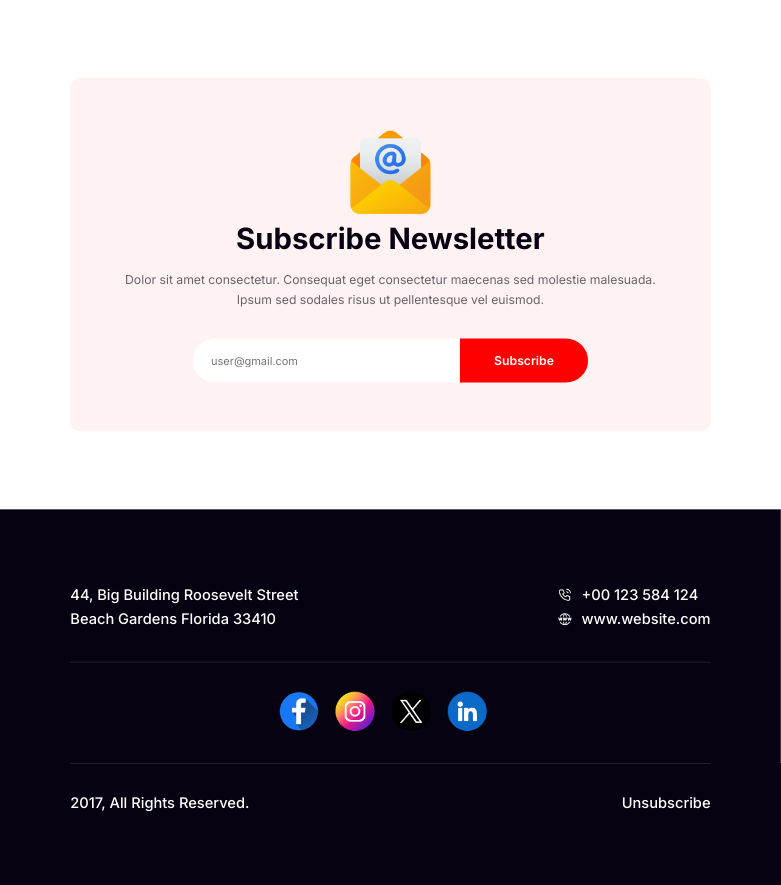
Repository: ShouravAhammed/simple-responsive-new-year
Page: index.html
The author's editor kept a copy of each file at every save. The page is drawn from the files as they stood at one save, then again after the next save.
The browser window is 1280 px wide. The pictures show the whole page, at 61% of full size.

Above is the page before, as saved 2024-01-11 15:30:07.

### index.html
<!DOCTYPE html>
<html lang="en">
<head>
    <meta charset="UTF-8">
    <meta name="viewport" content="width=device-width, initial-scale=1.0">
    <!-- Title  -->
    <title>New Year 2024</title>
    <!-- favicon icon linked -->
    <link rel="shortcut icon" href="images/New Year Photo.png" type="image/x-icon">
    <!-- style css linked-->
    <link rel="stylesheet" href="Style/style.css">
</head>
<body>
    <!-- header part  -->
    <header class="hide">
        <!-- banner section part -->
        <section id="banner">
            <div class="container">
                <div class="banner-container">
                    <div class="banner-content">
                        <h3 class="celebration">Happy New Year</h3>
                        <h2 class="banner-title">New Year Party Celebration</h2>
                    </div>
                </div>
            </div>
        </section>
    </header>
    <!-- main part -->
    <main>
        <!-- categories section part  -->
            <section id="categories " class="hide">
                <div class="container">
                    <div class="categories-container">
                        <h2 class="categories-discount">65% OFF</h2>
                        <p class="primary-summery">OUR HOLIDAY DEALS ARE BETTER</p>
                        <h3 class="categories-title">ALL CATEGORIES</h3>
                        <div class="categories-img">
                            <img id="new-year-img" src="images/New Year Photo.png" alt="Happy New Year">
                        </div>
                    </div>
                </div>
            </section>

            <!-- party-banner section part -->
            <section id="party-banner" class="hide">
                <div class="container">
                    <div class="party-container">
                        <div class="party-content">
                            <h2 class="party-title">Welcome to midnight party</h2>
                            <p class="party-description">Dolor sit amet consectetur. Consequat eget consectetur maecenas sed molestie malesuada. Ipsum sed sodales risus ut pellentesque vel euismod. </p>
                            <button id="join-now-btn">JOIN NOW</button>
                        </div>
                        <img class="party-img" src="images/icon/Group 70.png" alt="party-img">
                    </div>
                </div>
            </section>
            <!-- Announce section part -->
            <section id="announce" class="hide">
                <div class="container">
                    <div class="announce-content">
                        <h4 class="announce-title"><span class="title-color">Place:</span> New Park Hotel</h4>
                        <h4 class="announce-title"><span class="title-color">Date:</span> 31 December Night 2023</h4>
                        <h4 class="announce-title"><span class="title-color">Time:</span> Evening 7.30 pm to 12.30 am</h4>
                        <button class="announce-btn">Join Now</button>
                    </div>
                </div>
            </section>
            <!-- best offer section part -->
            <section id="best-offer" class="hide">
                <div class="container">
                    <div class="best-offer-container">
                        <div class="best-offer-content">
                            <p class="primary-summery">NEW BEST OFFER</p>
                            <h3 class="similer-title">Coming Soon</h3>
                            <p class="similer-description">Dolor sit amet consectetur. Consequat eget consectetur maecenas sed molestie malesuada. Ipsum sed sodales risus ut pellentesque vel euismod. </p>
                        </div>
                        <div class="best-offer-img-content">

                                <img class="best-offer-img" src="images/Ellipse 1.png" alt="best-offer-images">

                        </div>
                        <div class="best-offer-year-content">
                            <h3 class="best-offer-year">2024</h3>
                            <p class="best-offer-description">Dolor sit amet consectetur. Consequat eget consectetur maecenas sed.</p>
                            <img class="best-offer-year-img" src="images/icon/Group 96.png" alt="best-offer-year-img">
                        </div>
                    </div>
                </div>
            </section>
            <!-- holiday section part  -->
            <section id="holiday" class="hide">
                <div class="container">
                    <div class="holiday-container">
                        <div class="holiday-content">
                            <p class="primary-summery">WHAT IS FUNCTIONAL</p>
                        <h3 class="similer-title"><span class="title-color">Holidays</span> Sale 50%</h3>
                        <p class="similer-description">Dolor sit amet consectetur. Consequat eget consectetur maecenas sed molestie malesuada. Ipsum sed
                            sodales risus ut pellentesque vel euismod. Eleifend nunc purus quam id
                            fermentum amet amet sit consectetur.</p>
                        </div>
                        <div class="holiday-back-img">
                            <div class="holiday-gift-content">
                                <img src="images/icon/Group 75.png" alt="">
                            </div>
                            <div class="holiday-discount-content">
                                <img src="images/icon/Group 44.png" alt="">
                            </div>
                        </div>
                        <div class="holiday-bottom">
                            <img src="images/Rectangle 2.png" alt="">
                        </div>
                    </div>
                </div>
            </section>
            <!-- Portfolio section part -->

            <section id="portfolio" class="hide">
                <div class="container">
                    <div class="portfolio-container">
                        <div class="portfolio-box">
                            <p class="primary-summery">THE BEST GIFTS</p>
                            <h3 class="similer-title">Our Awesome Portfolio</h3>
                            <p class="similer-description description-padd">Dolor sit amet consectetur. Consequat eget consectetur maecenas sed molestie malesuada. Ipsum sed sodales risus ut pellentesque vel euismod. </p>
                        </div>
                            <div class="portfolio-content">
                                <img class="portfolio-img" src="images/Portfolio images/Rectangle 3.png" alt="">
                                <img class="portfolio-img" src="images/Portfolio images/Rectangle 4.png" alt="">
                                <img class="portfolio-img" src="images/Portfolio images/Rectangle 5.png" alt="">
                            </div>
                            <div class="portfolio-content">
                                <img class="portfolio-img" src="images/Portfolio images/Rectangle 6.png" alt="">
                                <img class="portfolio-img" src="images/Portfolio images/Rectangle 7.png" alt="">
                                <img class="portfolio-img" src="images/Portfolio images/Rectangle 8.png" alt="">
                            </div>
                        </div>
                    </div>
            </section>
            <!-- newsletter section part -->
            <section id="newsletter">
                <div class="container">
                    <div class="news-container">
                        <div class="news-content">
                            <img src="images/icon/Group 61.png" alt="">
                            <h3 class="similer-title">Subscribe Newsletter</h3>
                            <p class="similer-description description-mar">Dolor sit amet consectetur. Consequat eget consectetur maecenas sed molestie malesuada. Ipsum sed sodales risus ut pellentesque vel euismod. </p>
                            <form class="form" action="">
                                <input type="email" placeholder="user@gmail.com" alt="email" id="">
                                <button class="subscribe-btn">Subscribe</button>
                            </form>
                        </div>

                    </div>
                </div>
            </section>
    </main>
    <!--  footer part -->
    <footer>
        <section id="footer">
            <div class="container">
                <div class="footer-describe-part line-color">
                    <div class="footer-address">
                        <p class="address-similer">44, Big Building Roosevelt Street</p>
                        <p class="address-similer">Beach Gardens Florida 33410</p>
                    </div>
                    <div class="footer-address">
                        <div class="call-icon">
                            <img src="images/icon/Call.png" alt="">
                            <a class="address-similer">+00 123 584 124</a>
                        </div>
                        <div class="website-icon">
                            <img src="images/icon/Website.png" alt="">
                            <a class="address-similer">www.website.com</a>
                        </div>
                    </div>
                </div>

                <div class="footer-social line-color">
                    <a href=""><img src="images/icon/Facebook.png" alt=""></a>
                    <a href=""><img src="images/icon/Instagram.png" alt=""></a>
                    <a href=""><img src="images/icon/Twitter.png" alt=""></a>
                    <a href=""><img src="images/icon/Linkedin.png" alt=""></a>
                </div>

                <div class="reserved">
                    <p>2017, All Rights Reserved.</p>
                    <p>Unsubscribe</p>
                </div>
            </div>
        </section>
    </footer>
</body>
</html>

### Style/style.css
/* import google fonts */
@import url('https://fonts.googleapis.com/css2?family=Inter:wght@100;200;300;400;500;600;700;800;900&family=Merriweather:ital,wght@0,300;0,400;0,700;0,900;1,300;1,400;1,700;1,900&display=swap');

*{
    margin: 0;
    padding: 0;
    outline: 0;
}

.container{
    width: 82%;
    margin: 0 auto;
}
/* primary content */
.primary-summery{
    font-family: Inter;
    font-size: 24px;
    font-style: normal;
    font-weight: 500;
    color: #F00;
    line-height: normal;
}
/* title-color */
.title-color{
    color: #F00;
}
/* banner section related css style */
#banner{
    margin-top: 30px;
}
.banner-container{
    background-image: linear-gradient(180deg, #070211 0%, rgba(7, 2, 17, 0.00) 100%), url(../images/Banner\ Image.png);
    background-size: cover;
    background-repeat: no-repeat;
    background-position: center;
    border-radius: 16px;
    padding: 177px 0px;
}
.banner-container .banner-content{
    width: 632px;
    margin: 0 auto;
}
.banner-container .banner-content .celebration{
    color: #FFF;
    text-align: center;
    font-family: Merriweather;
    font-size: 32px;
    font-style: normal;
    font-weight: 400;
    line-height: normal;
    margin-bottom: 16px;
    z-index: 99;
}
.banner-container .banner-content .banner-title{
    color: #FFF;
    text-align: center;
    font-family: Merriweather;
    font-size: 72px;
    font-style: normal;
    font-weight: 900;
    line-height: 95px;
}
/* categories section related css style */

#categories{
    margin: 120px 0px;
}
.categories-container{
    text-align: center;
}
.categories-container .categories-discount{
    font-family: Inter;
    font-size: 88px;
    font-style: normal;
    font-weight: 700;
    color: #F00;
    line-height: normal;
    margin-bottom: 48px;
}

.categories-title{
    font-family: Inter;
    font-size: 48px;
    font-style: normal;
    font-weight: 700;
    color: #070211;
    line-height: normal;
    margin-bottom: 48px;
}
.categories-container .categories-img{
    width: 800px;
    margin: 0 auto;
}
.categories-img #new-year-img{
    max-width: 100%;
}

/* party-banner section css style  */
#party-banner{

}
.party-container{
    background-image: linear-gradient(90deg, #070211 0%, rgba(7, 2, 17, 0.00) 100%), url(../images/Vectorrr.png);
    background-position: center;
    background-repeat: no-repeat;
    background-size: cover;
    display: flex;
    align-items: center;
    justify-content: space-between;
    border-radius: 16px;
    padding: 70px 70px;
}
.party-container .party-content{
    width: 900px;
}
.party-content .party-title{
    font-family: Merriweather;
    font-size: 64px;
    font-style: normal;
    font-weight: 900;
    color: #FFF;
    line-height: 88px;
    letter-spacing: 3px;
}
.party-content .party-description{
    font-family: Inter;
    font-size: 18px;
    font-style: normal;
    font-weight: 400;
    color: rgba(255, 255, 255, 0.80);
    line-height: 30px;
    margin-top: 20px;
}
#join-now-btn{
    font-family: Inter;
    font-size: 20px;
    font-style: normal;
    font-weight: 700;
    color: #FFF;
    background: transparent;
    line-height: normal;
    text-transform: uppercase;
    border: none;
    cursor: pointer;
    margin-top: 48px;
    margin-left: 32px;
}
.party-container .party-img{
    width: 270px;
    max-width: 100%;
}

/* Announce section css style */

#announce{
    margin: 120px 0px;
}
.announce-content{
    background: linear-gradient(180deg, rgba(255, 0, 0, 0.10) 0%, rgba(255, 0, 0, 0.00) 100%);
    padding: 100px 0;
    text-align: center;
}
.announce-content .announce-title{
    color: #070211;
    font-family: Inter;
    font-size: 32px;
    font-style: normal;
    font-weight: 600;
    line-height: 56px;
    text-transform: capitalize;
}
.announce-btn{
    font-family: Inter;
    font-size: 20px;
    font-style: normal;
    font-weight: 700;
    line-height: normal;
    color: #FFF;
    text-align: center;
    text-transform: uppercase;
    border-radius: 8px;
    background: #F00;
    padding: 16px 32px;
    border: none;
    cursor: pointer;
    transition: all ease 0.5s;
    margin-top: 48px;
}
.announce-btn:hover{
    background: #fff;
    color: #f00;
    outline: 1px solid #F00;
}
/* best-offer section style css */
#best-offer{
    margin-bottom: 128px;
}
.similer-title{
    font-family: Inter;
    font-size: 48px;
    font-style: normal;
    font-weight: 700;
    color: #070211;
    line-height: normal;
}
.similer-description{
    font-family: Inter;
    font-size: 20px;
    font-style: normal;
    font-weight: 400;
    color: rgba(7, 2, 17, 0.60);
    line-height: 32px;
    margin-top: 22px;
}
.best-offer-container{
    display: flex;
    align-items: center;
    gap: 20px;
}
.best-offer-content{
    width: 700px;
}
.best-offer-img-content{
    min-height: 350px;
    min-width: 350px;
    border: 15px solid #f00;
    border-radius: 50%;
    position: relative;
    position: relative;
}
.best-offer-img-content .best-offer-img{
    position: absolute;
    width: 270px;
    inset: 41px;
}
.best-offer-year-content .best-offer-year{
    font-family: Inter;
    font-size: 48px;
    font-style: normal;
    font-weight: 700;
    color: #F00;
    line-height: normal;
    margin-top: 65px;
}
.best-offer-year-content .best-offer-description{
    margin-top: 10px !important;

}
.best-offer-year-content{
    width: 500px;
}
.best-offer-year-content .best-offer-year-img{
    max-width: 140px;
    margin-top: 38px;
}


/*  portfolio section css style */
.portfolio-container{

}
.portfolio-container .description-padd{
    margin-bottom: 48px ;
}
.portfolio-container .portfolio-content{
    display: flex;
    align-items: center;
    justify-content: space-between;
    margin-top: 20px;
}
.portfolio-box{
    width: 896px;
}
.portfolio-container .portfolio-content .portfolio-img{
    max-width: 355px;
    transition: all ease 0.5s;
}
.portfolio-content .portfolio-img:hover{
    filter: grayscale(1);
    transform: scale(1.05);
}
/* newsletter section css style  */
#newsletter{
    margin: 128px 0px;
}
.news-container{
    border-radius: 16px;
    background: rgba(255, 0, 0, 0.05);
    padding: 80px 0px;
}
.news-content{
    width: 896px;
    margin: 0 auto;
    text-align: center;
}
.news-content img{
    width: 150px;
    height: 150px;
}
.form{
    width: 648px;
    height: 72px;
    display: flex;
    margin: 0 auto;
}
.form input{
    background: #fff;
    width: 438px;
    flex-grow: 1;
    color: rgba(7, 2, 17, 0.30);
    font-family: Inter;
    font-size: 18px;
    font-style: normal;
    font-weight: 400;
    line-height: normal;
    padding-top: 25px;
    padding-bottom: 25px;
    padding-left: 30px;
    border: none;
    border-radius: 50px 0px 0px 50px;
    outline: 1px transparent;
    transition: all ease 0.5s;
}
.form input:hover{
    outline: 1px solid #f00;
}
.form .subscribe-btn{
    color: #FFF;
    font-family: Inter;
    font-size: 20px;
    font-style: normal;
    font-weight: 600;
    line-height: normal;
    text-transform: capitalize;
    border-radius: 0px 50px 50px 0px;
    background: #F00;
    padding: 24px 56px;
    border: none;
    transition: all ease 0.5s;
}
.form .subscribe-btn:hover{
    outline: 1px solid #f00;
    background: #fff;
    color: #f00;
}
.description-mar{
    margin-bottom: 48px;
}
/* footer section part css style */

#footer{
    background: #070211;
    padding: 120px 0;
}
.line-color{
    border-bottom: 1px solid rgba(255, 255, 255, 0.15);
}
.footer-describe-part{
    display: flex;
    justify-content: space-between;
}
.footer-address{
    margin-bottom: 50px;
}
.footer-address .address-similer {
    color: #FFF;
    font-family: Inter;
    font-size: 24px;
    font-style: normal;
    font-weight: 500;
    line-height: 40px;
    text-decoration: none;
    cursor: pointer;
}
.call-icon, .website-icon{
    display: flex;
    align-items: center;
}
.call-icon img, .website-icon img{
    width: 24px;
    margin-right: 15px;
}

.footer-social{
    text-align: center;
    padding: 48px 0;
}
.footer-social a{
    width: 64px;
    margin-right: 24px;
}
.footer-social a:hover{
    filter: grayscale(1);
}

.reserved{
    display: flex;
    justify-content: space-between;
    align-items: center;
    margin-top: 50px;
}
.reserved p{
    color: #FFF;
    font-family: Inter;
    font-size: 24px;
    font-style: normal;
    font-weight: 500;
    line-height: normal;
}



/* holiday section css style */
#holiday{
    margin-bottom: 128px;
}
.holiday-container{
    text-align: center;
}
.holiday-container .holiday-content{
    width: 920px;
    margin: 0 auto;
}
.holiday-back-img{
    display: flex;
    align-items: center;
    margin-top: 48px;
    background-image: url(../images/Rectangle\ 1.png);
    background-repeat: no-repeat;
    background-size: contain;
    height: 60vh;
    background-position: bottom right;
}
.holiday-back-img .holiday-gift-content {
    width: 600px;
    position: relative;
    bottom: -110px;
    left: 50px;
}
.holiday-back-img .holiday-gift-content img{
    max-width: 100%;
}
.holiday-back-img .holiday-discount-content{
    width: 250px;
}
.holiday-back-img .holiday-discount-content img{
    max-width: 100%;
}
.holiday-bottom img{
    width: 100%;
}


/* responsive */
.hide{
    display: none;
}
@media screen and (max-width: 576px){
    .news-content {
        width: 100%;
    }
    .similer-description {
        padding: 0px 10px;
    }
    .form, .form input {
        width:  100%;
    }
    .form .subscribe-btn {
        padding: 24px 20px;
    }
    .footer-describe-part {
        flex-direction: column;
    }
    .footer-social a {
        margin-right: 10px;
    }
    .reserved {
        margin-top: 50px;
        flex-direction: column;
    }
}

After the next save:
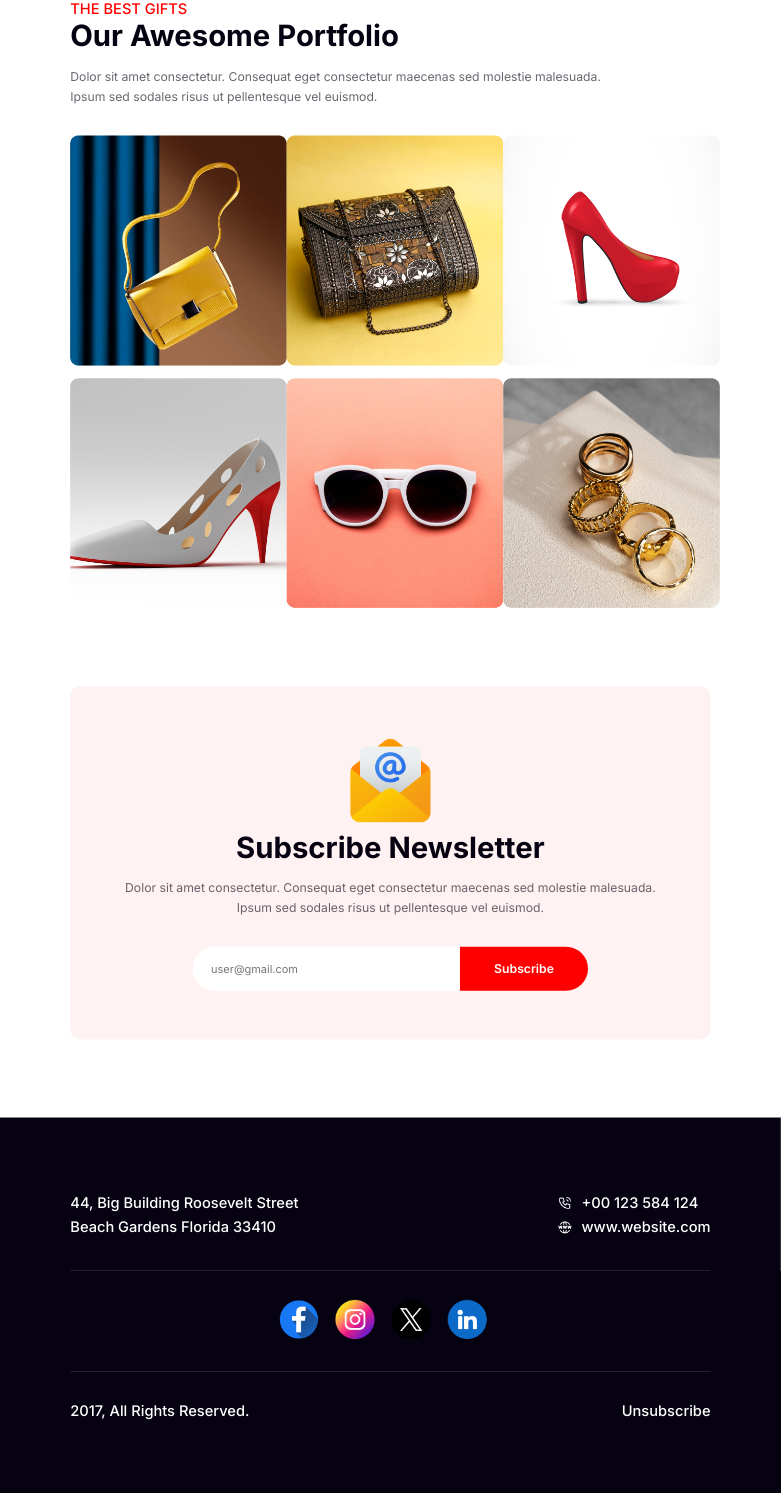
Saved 28 s later.
--- a/index.html
+++ b/index.html
@@ -114,7 +114,7 @@
             </section>
             <!-- Portfolio section part -->
 
-            <section id="portfolio" class="hide">
+            <section id="portfolio">
                 <div class="container">
                     <div class="portfolio-container">
                         <div class="portfolio-box">
